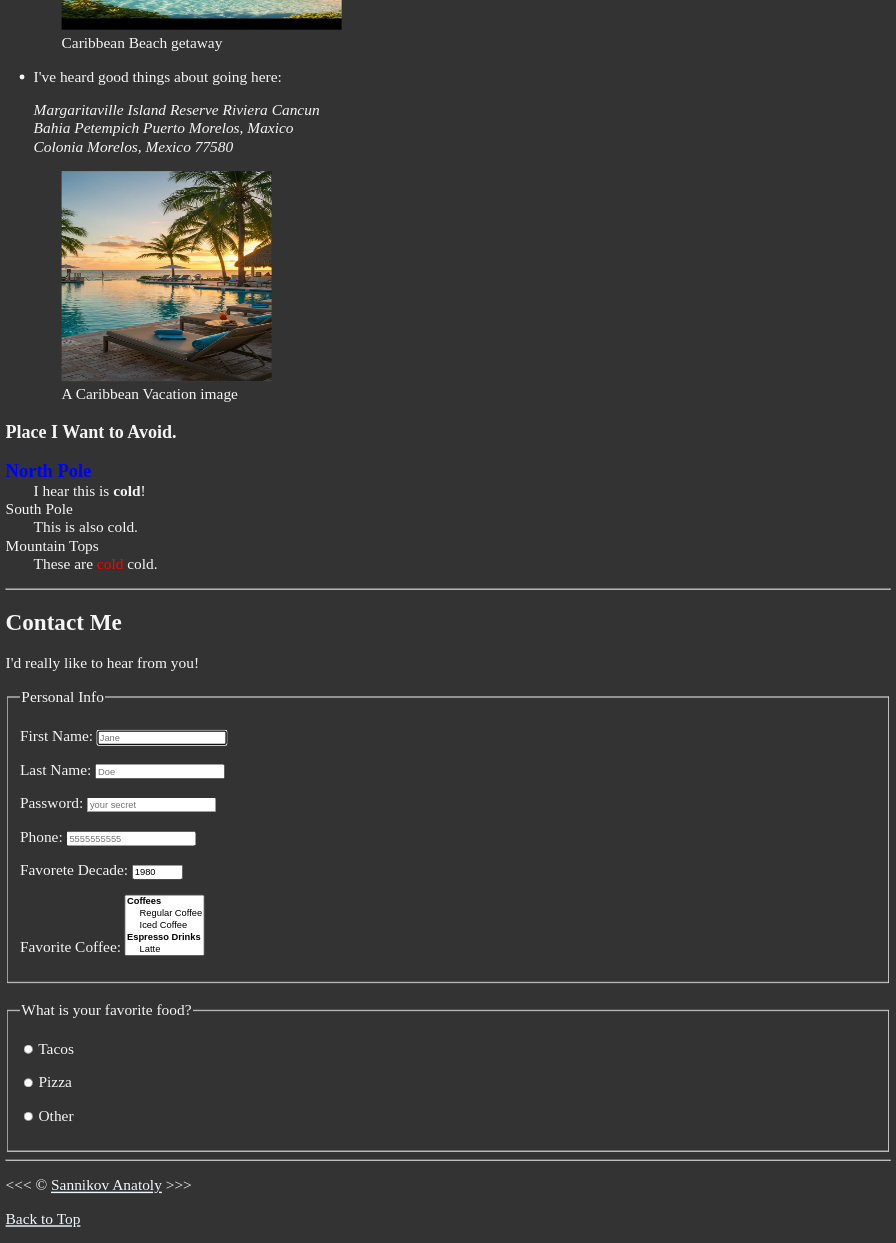
Repository: sannikovcode/exercises-a1
Page: JS/test1/task3/index.html
These files come from the project's save history. The page is drawn as it stood at one moment and after the next save; the edit follows.
The browser window is 1280 px wide. The pictures show the part of the page from y = 1999 to 3919 px (the page is 3774 px tall before and 3919 px after), at 70% of full size.

Above is the page before, as saved 2025-10-15 10:24:34.

After the next save:
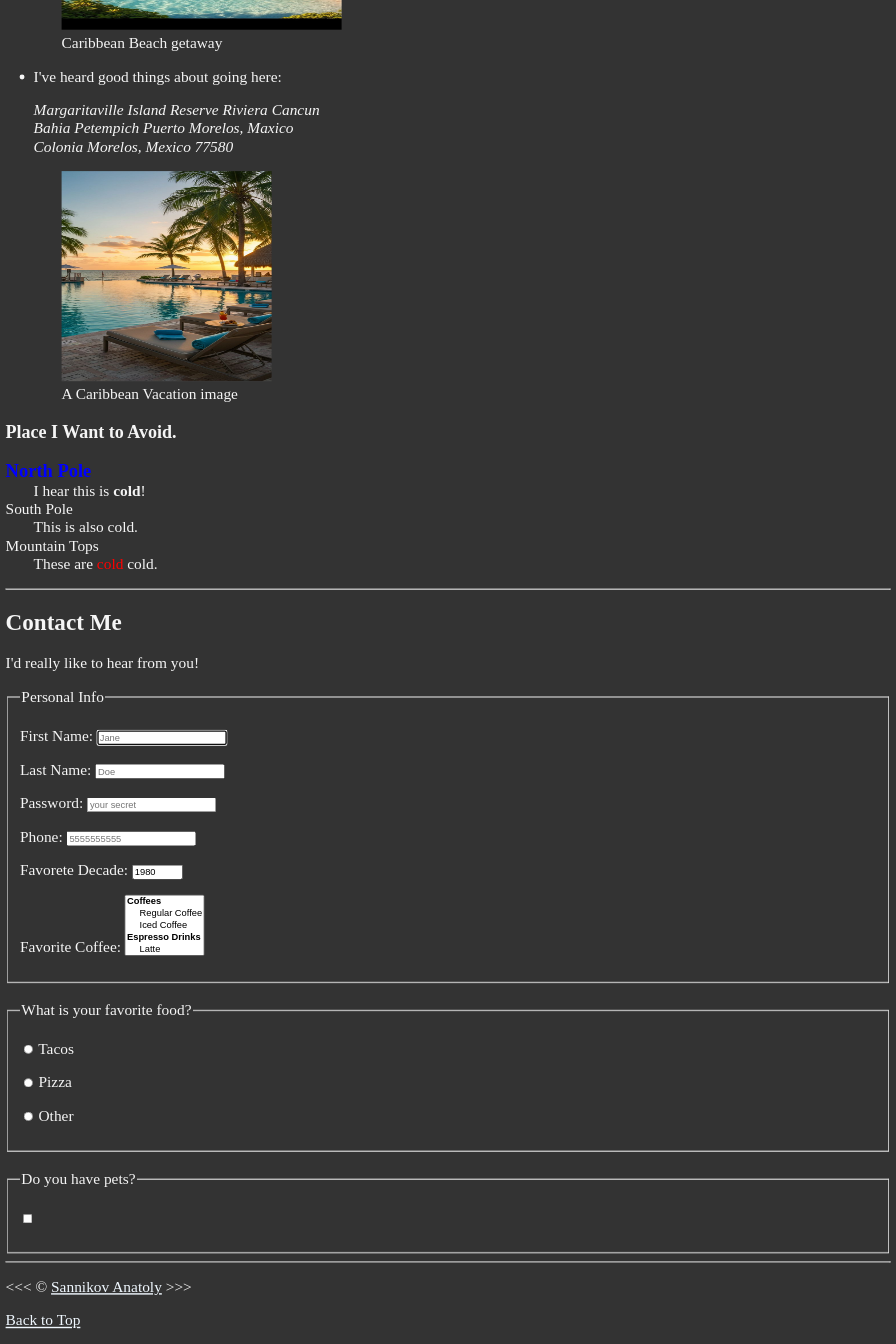
Saved 2 min 34 s later.
--- a/JS/test1/task3/index.html
+++ b/JS/test1/task3/index.html
@@ -252,6 +252,13 @@
             <label for="other">Other</label>
           </p>
         </fieldset>
+        <br>
+        <fieldset>
+          <legend>Do you have pets?</legend>
+          <p>
+            <input type="checkbox" name="pets" id="dog" value="dog">
+          </p>
+        </fieldset>
       </form>
 
     </article>
